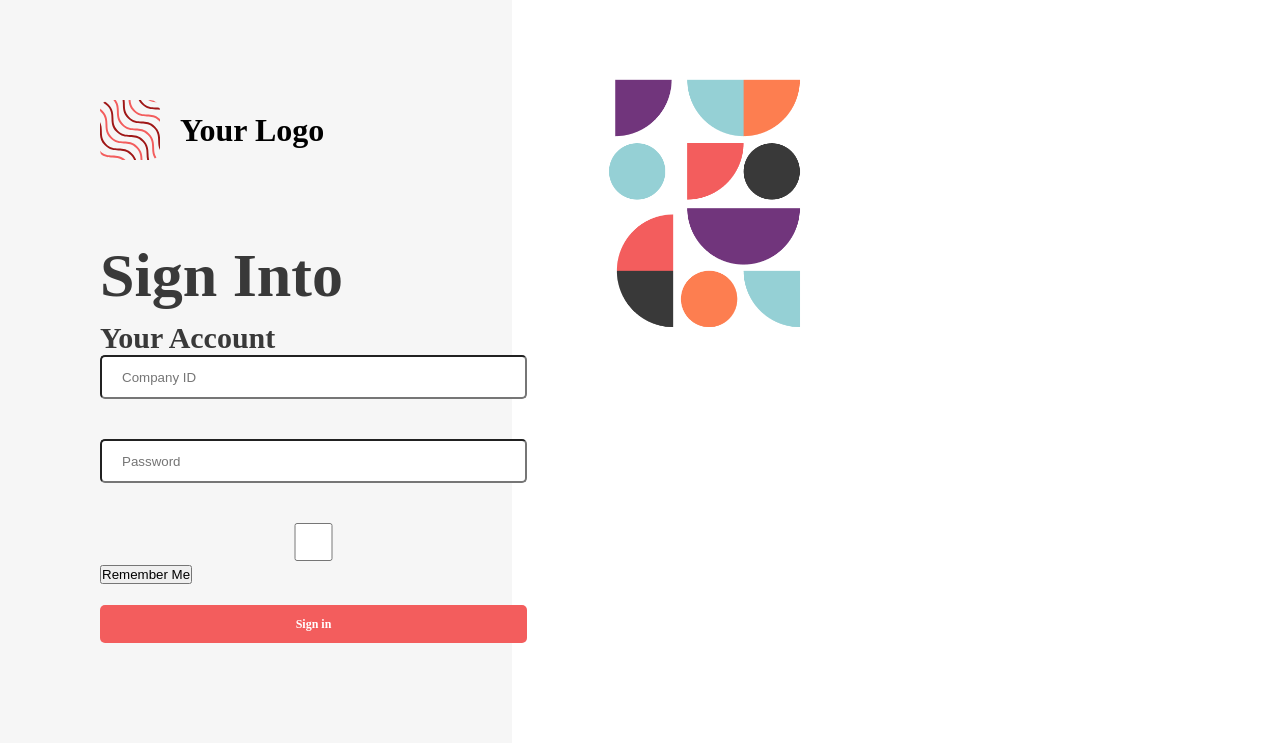
Repository: kubrazamanova/Form-lesson2
Page: index.html
These files come from the project's save history. The page is drawn as it stood at one moment and after the next save; the edit follows.
The browser window is 1280 px wide. The pictures show the whole page.

Above is the page before, as saved 2023-10-28 10:21:58.

After the next save:
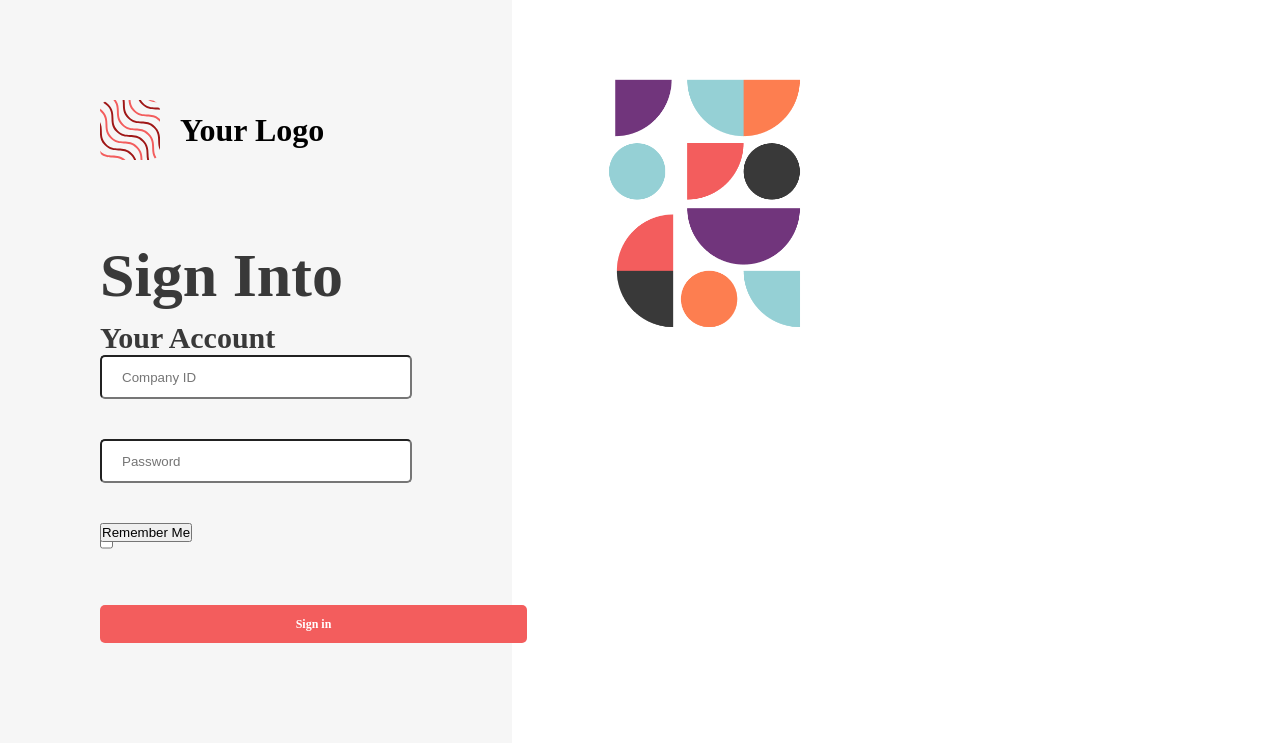
Saved 15 s later.
--- a/index.css
+++ b/index.css
@@ -56,7 +56,7 @@ min-height: 100vh;
 }
 
 .container input {
-  width: 427px;
+  /* width: 427px; */
   height: 38px;
   border-radius: 5px;
   background: #fff;
